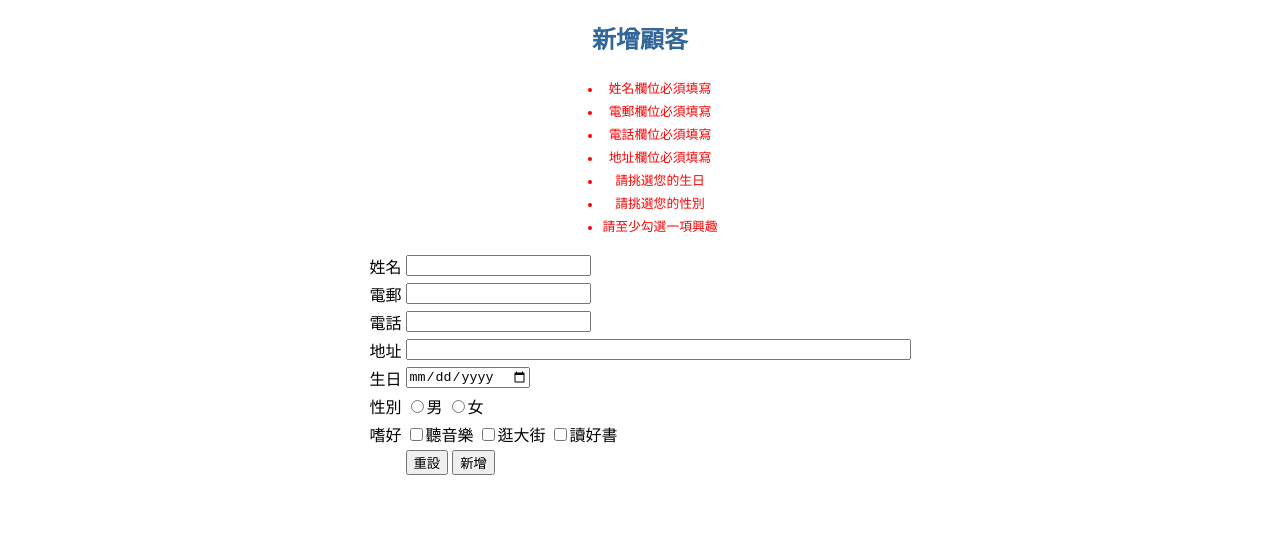
Repository: stanleydk4/JAVA_EE
Page: http://localhost/myWeb/customer/ccController.do
These files come from the project's save history. The page is drawn as it stood at one moment and after the next save; the edit follows.
The browser window is 1280 px wide. The pictures show the whole page.
The page is served by Tomcat 10.

Above is the page before, as saved 2024-09-20 02:25:16.

After the next save:
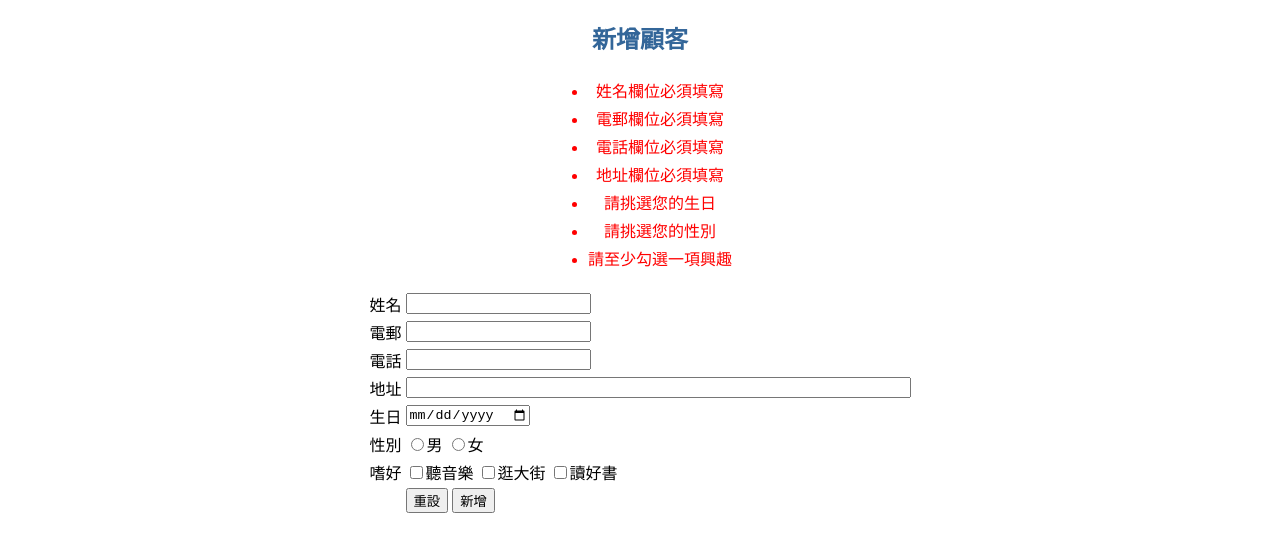
Saved 12 s later.
--- a/myWeb/src/main/webapp/customer/createCustomer.jsp
+++ b/myWeb/src/main/webapp/customer/createCustomer.jsp
@@ -13,7 +13,7 @@
 	<%-- Start Error Report --%>
 	<% LinkedList<String> errors = (LinkedList<String>)request.getAttribute("errors"); %>
 	<% if(errors != null){ %>
-		<ul style="color: red; font-size: 0.8em">
+		<ul style="color: red; font-size: 1.0em">
 		<table border="0" style="margin:auto">
 			<% for(String error:errors){ %>
 				<tr><td><li><%= error %></li></td></tr>
